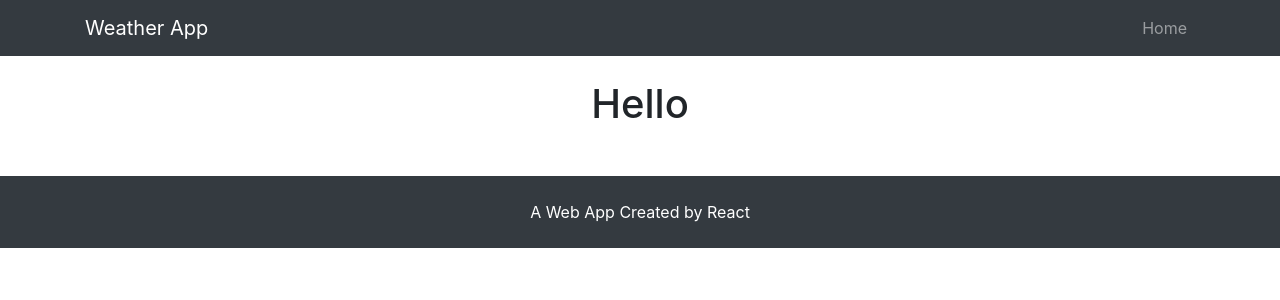
Repository: smk87/weather-app-react
Page: /weather/2344116
These files come from the project's save history. The page is drawn as it stood at one moment and after the next save; the edit follows.
The browser window is 1280 px wide. The pictures show the whole page.
The page's requests for data from a server got no answer. Some web libraries are served in a nearby version. The project was rebuilt for these pictures with package versions that can differ from the ones it lists, and the page was loaded fresh each time. A package was used in the major version that the imports need, not the one package.json lists. No one was signed in, and anything a server would have sent is missing. Also part of the build but not shown: src/components/Weather.js, src/components/Home.js, src/components/ConsolidatedWeather.js.

Above is the page before, as saved 2019-02-06 22:16:17.

After the next save:
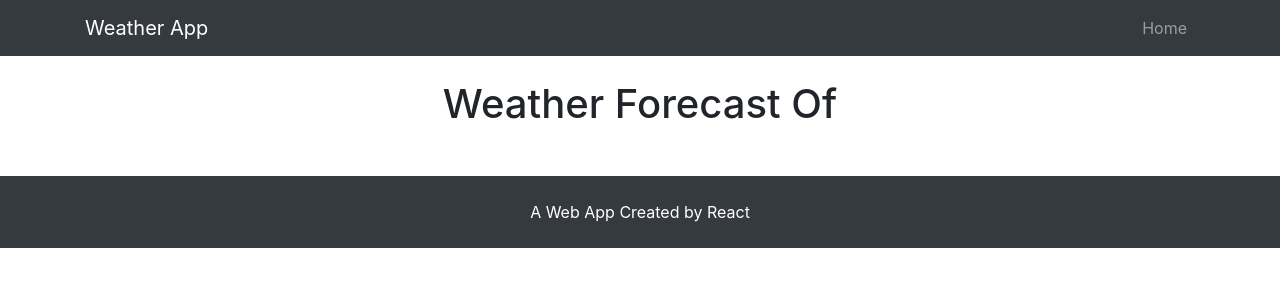
Saved 111 s later.
--- a/src/components/DetailedWeather.js
+++ b/src/components/DetailedWeather.js
@@ -32,7 +32,7 @@ export default class DetailedWeather extends Component {
   render() {
     return (
       <div>
-        <h1>Hello</h1>
+        <h1>Weather Forecast Of {this.state.cityname}</h1>
         {this.state.detailedweather.map(c => (
           <ConsolidatedWeather
             temp={c.the_temp}
